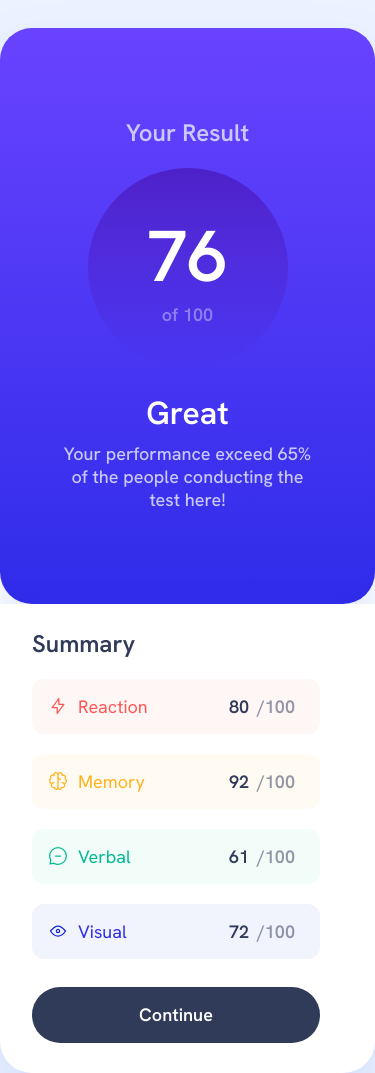
Repository: KamoliddinGIT/result-summary
Page: index.html
The author's editor kept a copy of each file at every save. The page is drawn from the files as they stood at one save, then again after the next save.
The browser window is 375 px wide. The pictures show the whole page.

Above is the page before, as saved 2023-09-08 17:27:28.

### index.html
<!DOCTYPE html>
<html lang="en">
  <head>
    <meta charset="UTF-8" />
    <meta name="viewport" content="width=device-width, initial-scale=1.0" />
    <link
      rel="icon"
      type="image/png"
      sizes="32x32"
      href="./assets/images/favicon-32x32.png"
    />
    <link rel="stylesheet" href="css/style.css" />
    <link rel="preconnect" href="https://fonts.googleapis.com" />
    <link rel="preconnect" href="https://fonts.gstatic.com" crossorigin />
    <link
      href="https://fonts.googleapis.com/css2?family=Hanken+Grotesk:wght@400;500;600&display=swap"
      rel="stylesheet"
    />
    <title>Results summary component</title>
  </head>
  <body>
    <div class="container">
      <div class="result-box">
        <h1 class="result__heading">Your Result</h1>
        <div class="result__score">
          <h1>76</h1>
          <span>of 100</span>
        </div>
        <div class="result__comment">
          <h1>Great</h1>
          <p>
            Your performance exceed 65% of the people conducting the test here!
          </p>
        </div>
      </div>
      <div class="summary-box">
        <h1 class="summary__title">Summary</h1>
        <div class="summary__stats">
          <li class="summary__stats__item__1">
            <img src="./assets/images/icon-reaction.svg" alt="logo" />
            <h2>Reaction</h2>
            <h3>80<span>/100</span></h3>
          </li>
          <li class="summary__stats__item__2">
            <img src="./assets/images/icon-memory.svg" alt="logo" />
            <h2>Memory</h2>
            <h3>92<span>/100</span></h3>
          </li>
          <li class="summary__stats__item__3">
            <img src="./assets/images/icon-verbal.svg" alt="logo" />
            <h2>Verbal</h2>
            <h3>61<span>/100</span></h3>
          </li>
          <li class="summary__stats__item__4">
            <img src="/assets/images/icon-visual.svg" alt="logo" />
            <h2>Visual</h2>
            <h3>72<span>/100</span></h3>
          </li>
        </div>
        <a href="#" class="summary__btn"> Continue </a>
      </div>
    </div>

    <script src="js/index.js"></script>
  </body>
</html>

### css/style.css
* {
  margin: 0;
  padding: 0;
  box-sizing: border-box;
}

body {
  display: flex;
  flex-direction: column;
  justify-content: center;
  align-items: center;
  height: 100vh;
  flex-direction: column;
  padding: 0;
  margin: 0;
  font-family: "Hanken Grotesk", "Arial", sans-serif;
  font-size: 18px;
  font-weight: 500;
  line-height: normal;
  background-color: #ecf2ff;
  color: #303b59;
}

.container {
  width: 47%;
  max-width: 1200px;
  display: flex;
  justify-content: center;
  align-items: center;
  height: 72%;
  background-color: #ffffff;
  box-shadow: 0px 30px 60px 0px rgba(61, 108, 236, 0.15);
  border-radius: 32px;
}

.result-box {
  width: 50%;
  max-width: 368px;
  min-height: 100%;
  border-radius: 32px;
  box-shadow: 0px 30px 60px 0px rgba(61, 108, 236, 0.15);
  background-image: linear-gradient(
    180deg,
    #75f 0%,
    #6943ff 0.01%,
    #2f2ce9 100%
  );
  padding: 24px 56px 40px;
  color: #cac9ff;
  box-shadow: 0px 30px 60px 0px rgba(61, 108, 236, 0.15);
  display: flex;
  flex-direction: column;
  align-items: center;
  justify-content: center;
  font-family: "Hanken Grotesk", "Arial", sans-serif;
  /* gap: 30px; */
}

.summary-box {
  display: flex;
  flex-direction: column;
  align-items: start;
  /* padding-left: 40px;s */
  justify-content: space-evenly;
  background: #fff;
  width: 50%;
  height: 100%;
  border-radius: 0 25px 25px 0;
  padding: 24px 32px 32px;
  box-shadow: 0px 30px 60px 0px rgba(61, 108, 236, 0.15);
}

.result__heading {
  margin-bottom: 20px;
  font-size: 24px;
}

.result__score {
  display: flex;
  flex-direction: column;
  justify-content: center;
  align-items: center;
  width: 200px;
  height: 200px;
  border-radius: 50%;
  background-image: linear-gradient(
    180deg,
    #4d21c9 0%,
    rgba(37, 33, 201, 0) 100%,
    rgba(37, 33, 201, 0) 100%
  );
}

.result__score h1 {
  font-size: 72px;
  color: #ffffff;
}

.result__score span {
  color: #cac9ff;
  font-weight: 700;
  opacity: 0.5168;
  font-size: 18px;
}

.result__comment {
  margin-top: 20px;
  display: flex;
  justify-content: space-around;
  align-items: center;
  flex-direction: column;
  text-align: center;
  width: 260px;
  height: 127px;
}

.result__comment h1 {
  font-size: 32px;
  color: #ffffff;
}

.result__comment p {
  font-size: 18px;
  color: #cac9ff;
  font-weight: 500;
  line-height: normal;
}

.summary__title {
  color: #303b59;
  font-size: 24px;
  font-weight: bold;
}

.summary__stats {
  width: 288px;
  height: 278px;
  display: flex;
  flex-direction: column;
  align-items: start;
  list-style-type: none;
}

li {
  margin-top: 20px;
}

.summary__stats__item__1 {
  width: 100%;
  display: flex;
  gap: 10px;
  align-items: center;
  height: 56px;
  padding: 16px;
  background: rgba(255, 85, 85, 0.05);
  border-radius: 12px;
}

.summary__stats__item__1 h2 {
  width: 141px;
  font-size: 18px;
  color: #f55;
  font-weight: normal;
}

.summary__stats__item__1 h3 span {
  opacity: 0.5168;
  font-weight: bold;
  color: rgba(48, 59, 89, 0.5);
  font-size: 18px;
  color: #303b59;
  margin-left: 8px;
}

.summary__stats__item__1 h3 {
  color: #303b59;
  font-weight: bold;
  font-size: 18px;
}

.summary__stats__item__2 {
  width: 100%;
  display: flex;
  gap: 10px;
  align-items: center;
  height: 56px;
  padding: 16px;
  background: rgba(255, 178, 30, 0.05);
  border-radius: 12px;
}

.summary__stats__item__2 h2 {
  width: 141px;
  font-size: 18px;
  color: #ffb21e;
  font-weight: normal;
}

.summary__stats__item__2 h3 span {
  opacity: 0.5168;
  font-weight: bold;
  color: rgba(48, 59, 89, 0.5);
  font-size: 18px;
  color: #303b59;
  margin-left: 8px;
}

.summary__stats__item__2 h3 {
  color: #303b59;
  font-weight: bold;
  font-size: 18px;
}

.summary__stats__item__3 {
  width: 100%;
  display: flex;
  gap: 10px;
  align-items: center;
  height: 56px;
  padding: 16px;
  background: rgba(0, 187, 143, 0.05);
  border-radius: 12px;
}

.summary__stats__item__3 h2 {
  font-size: 18px;
  color: #00bb8f;
  font-weight: normal;
  width: 141px;
}

.summary__stats__item__3 h3 span {
  opacity: 0.5168;
  font-weight: bold;
  color: rgba(48, 59, 89, 0.5);
  font-size: 18px;
  color: #303b59;
  margin-left: 8px;
}

.summary__stats__item__3 h3 {
  color: #303b59;
  font-weight: bold;
  font-size: 18px;
}

.summary__stats__item__4 {
  width: 100%;
  display: flex;
  gap: 10px;
  align-items: center;
  height: 56px;
  padding: 16px;
  background: rgba(17, 37, 214, 0.05);
  border-radius: 12px;
}

.summary__stats__item__4 h2 {
  width: 141px;
  font-size: 18px;
  color: #2f2ce9;
  font-weight: normal;
}

.summary__stats__item__4 h3 span {
  opacity: 0.5168;
  font-weight: bold;
  color: rgba(48, 59, 89, 0.5);
  font-size: 18px;
  color: #303b59;
  margin-left: 8px;
}

.summary__stats__item__4 h3 {
  color: #303b59;
  font-weight: bold;
  font-size: 18px;
}

.summary__btn {
  margin-top: 50px;
  padding: 20px;
  width: 288px;
  height: 56px;
  border-radius: 128px;
  background: #303b59;
  display: flex;
  justify-content: center;
  align-items: center;
  text-decoration: none;
  color: white;
  font-weight: bold;
}

.summary__btn:hover {
  background: linear-gradient(180deg, #75f 0%, #6943ff 0.01%, #2f2ce9 100%);
  content: "";
  transition: opacity ease 0.3s;
}

.summary__btn:active {
  outline: 2px solid white;
  border: 2px solid white;
}

/* media */

@media only screen and (max-width: 740px) {
  /* body {
    padding: 50px;
    align-items: center;
  } */

  .container {
    flex-direction: column;
    width: 100%;
    max-width: 368px;
  }

  .result-box {
    padding: 15px;
    width: 100%;
    margin-top: 350px;
    max-width: 100%;
    box-shadow: 0px 30px 60px 0px rgba(61, 108, 236, 0.15);
  }

  .summary-box {
    /* margin-top: 350px; */
    padding-bottom: 30px;
    border-radius: 0;
    border-bottom-left-radius: 32px;
    border-bottom-right-radius: 32px;

    background: #fff;
    width: 100%;
    max-width: 100%;
    height: 507px;
  }
}

@media (min-width: 740px) {
  .container {
    max-width: 1400px;
    height: 500px;
  }
  .result-box {
    width: 100%;
    max-width: 100%;
  }
  .summary-box {
    width: 100%;
    max-width: 100%;
  }
}

@media only screen and (max-width: 400px) {
  .container {
    margin-top: -50px;
    width: 100%;
    max-width: 100%;
  }
}

### js/index.js
"use strict";

const data = [
  {
    category: "Reaction",
    score: 80,
    icon: "img/icon-reaction.svg",
  },
  {
    category: "Memory",
    score: 92,
    icon: "img/icon-memory.svg",
  },
  {
    category: "Verbal",
    score: 61,
    icon: "img/icon-verbal.svg",
  },
  {
    category: "Visual",
    score: 72,
    icon: "img/icon-visual.svg",
  },
];

After the next save:
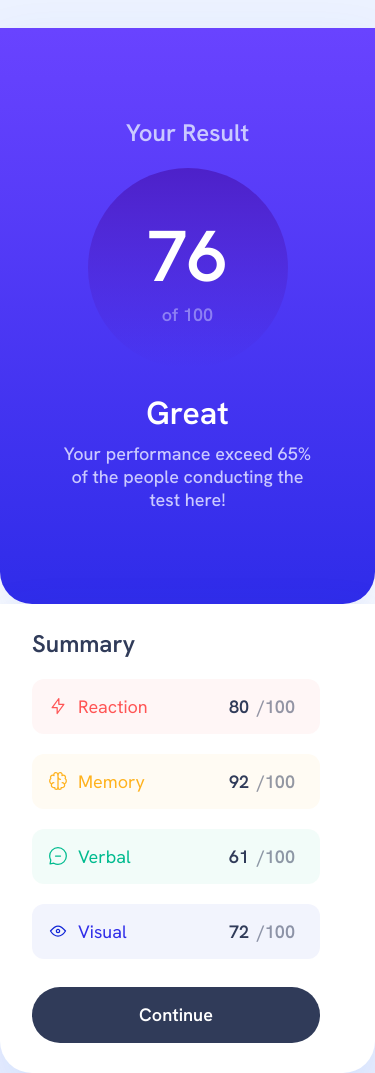
Saved 10 s later.
--- a/css/style.css
+++ b/css/style.css
@@ -360,4 +360,8 @@ li {
     width: 100%;
     max-width: 100%;
   }
-}
+  .result-box {
+    border-top-left-radius: 0;
+    border-top-right-radius: 0;
+  }
+}
